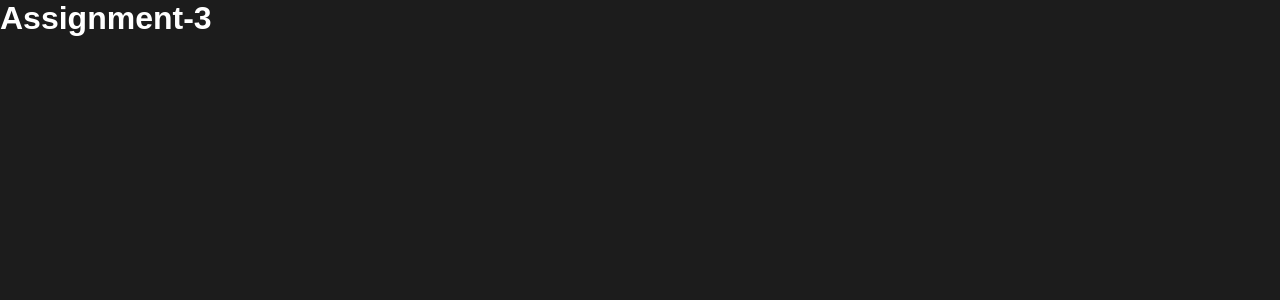
Repository: Aminul-Islam85/Assignment-3
Page: index.html
An editor plug-in stored every save of this project. The page is shown before and after the next save, followed by the edit.
The browser window is 1280 px wide. The pictures show the whole page.

Above is the page before, as saved 2024-10-31 12:58:24.

After the next save:
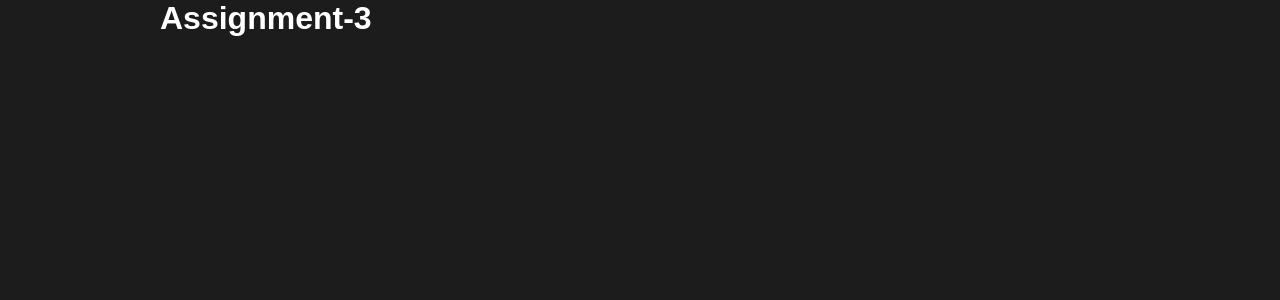
Saved 18 s later.
--- a/index.html
+++ b/index.html
@@ -7,7 +7,7 @@
     <link rel="stylesheet" href="styles.css">
 </head>
 <body>
-    <div>
+    <div class="app-container">
         <h1>Assignment-3</h1>
     </div>
 
